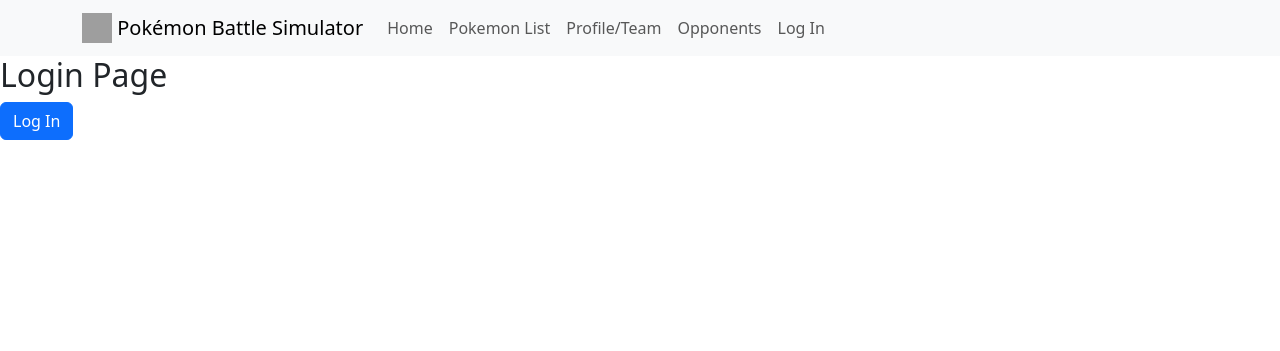
Repository: chsbca/Pokemon-Battle-Simulator
Page: /login (app in front-end/)
The author's editor kept a copy of each file at every save. The page is drawn from the files as they stood at one save, then again after the next save.
The browser window is 1280 px wide. The pictures show the whole page.
Pictures or frames that could not be fetched are drawn as grey boxes. The project was rebuilt for these pictures with package versions that can differ from the ones it lists, and the page was loaded fresh each time. Also part of the build but not shown: front-end/vite.config.js, front-end/src/components/ProtectedRoute.jsx, front-end/src/pages/Error404Page.jsx, front-end/src/pages/HomePage.jsx, front-end/src/fetching/PokemonFetch.jsx, front-end/src/pages/PokemonListPage.jsx, front-end/src/pages/ProfilePage.jsx, front-end/src/pages/OpponentsPage.jsx.

Above is the page before, as saved 2024-04-11 18:10:36.

After the next save:
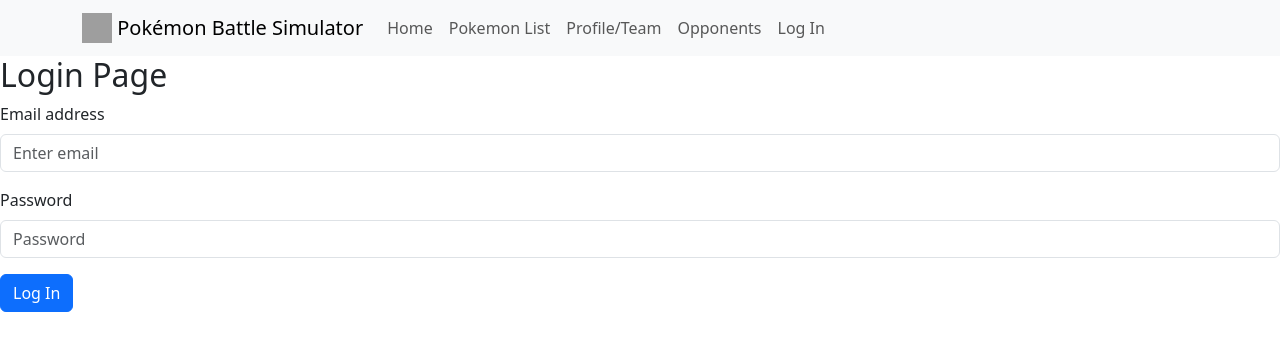
Saved 67 s later.
--- a/front-end/src/pages/LoginPage.jsx
+++ b/front-end/src/pages/LoginPage.jsx
@@ -65,14 +65,41 @@
 // export default LoginPage;
 
 
-import React from 'react';
+import React, { useState } from 'react';
 import Button from "react-bootstrap/Button";
+import Form from "react-bootstrap/Form";
 
 function LoginPage() {
+    const [email, setEmail] = useState('');
+    const [password, setPassword] = useState('');
+
     return (
         <div>
             <h2>Login Page</h2>
-            <Button variant="primary">Log In</Button>
+            <Form>
+                <Form.Group className="mb-3" controlId="formBasicEmail">
+                    <Form.Label>Email address</Form.Label>
+                    <Form.Control
+                        type="email"
+                        placeholder="Enter email"
+                        value={email}
+                        onChange={(e) => setEmail(e.target.value)}
+                    />
+                </Form.Group>
+
+                <Form.Group className="mb-3" controlId="formBasicPassword">
+                    <Form.Label>Password</Form.Label>
+                    <Form.Control
+                        type="password"
+                        placeholder="Password"
+                        value={password}
+                        onChange={(e) => setPassword(e.target.value)}
+                    />
+                </Form.Group>
+                <Button variant="primary" type="submit">
+                    Log In
+                </Button>
+            </Form>
         </div>
     );
 }
